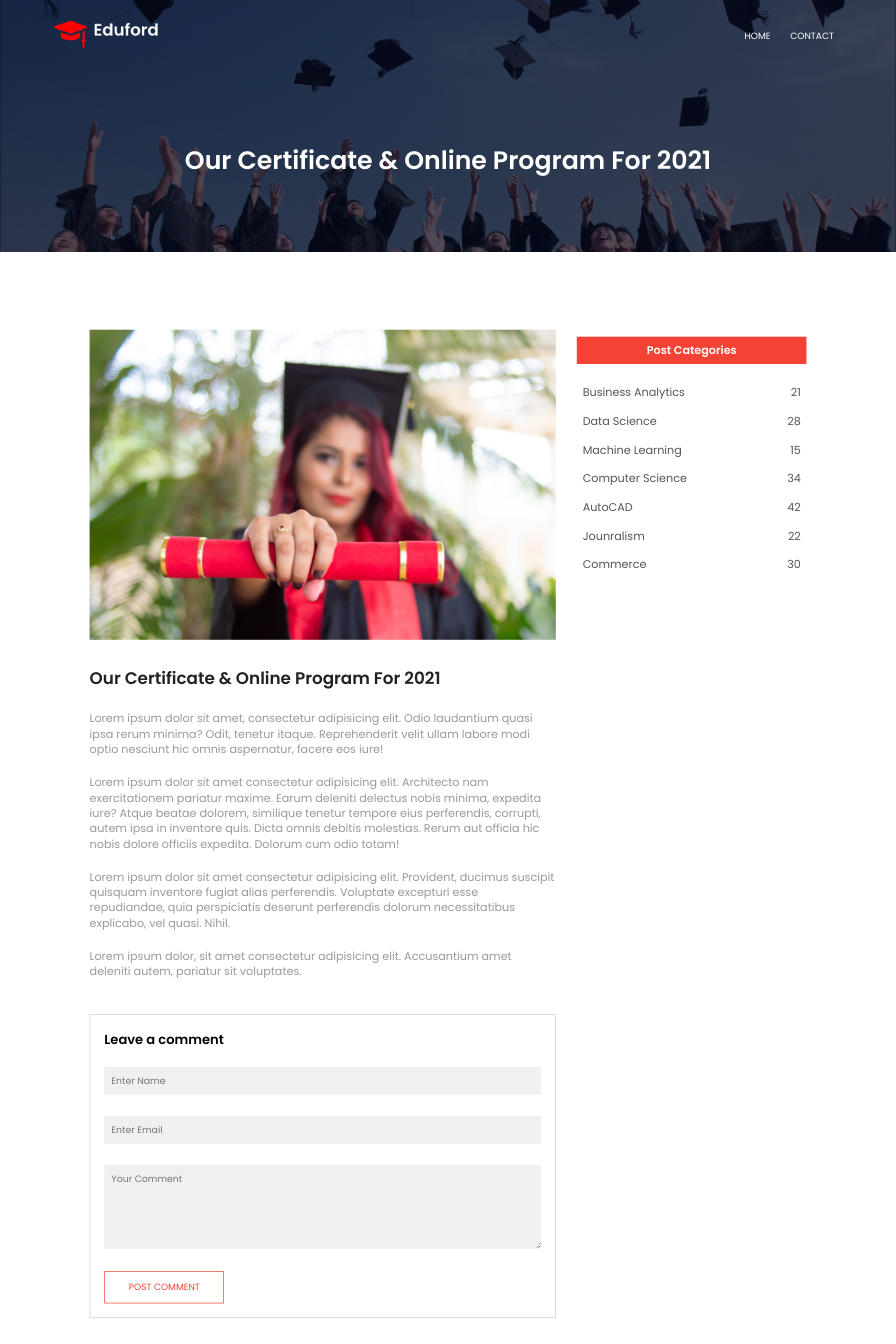
Repository: xoshiraghavx/Gbu-faculty
Page: 6th trail.html
An editor plug-in stored every save of this project. The page is shown before and after the next save, followed by the edit.
The browser window is 1280 px wide. The pictures show the part of the page from y = 0 to 1920 px (the page is 2857 px tall), at 70% of full size.

Above is the page before, as saved 2023-08-12 01:30:56.

### 6th trail.html
<!DOCTYPE html>
<html lang="en">
<head>
    <meta charset="UTF-8">
    <meta http-equiv="X-UA-Compatible" content="IE=edge">
    <meta name="viewport" content="width=device-width, initial-scale=1.0">
    <title>kya hoga mera</title>
    <link rel="stylesheet" href="../css/6th trial.css">
    <link rel="preconnect" href="https://fonts.googleapis.com">
<link rel="preconnect" href="https://fonts.gstatic.com" crossorigin>
<link href="https://fonts.googleapis.com/css2?family=Poppins:wght@100;200;300;400;600;700&family=Righteous&display=swap" rel="stylesheet">
<link rel="stylesheet" href="https://stackpath.bootstrapcdn.com/font-awesome/4.7.0/css/font-awesome.min.css">
</head>
<body>
    <section class="sub-header">
        <nav>
            <a href="6th trail.html"><img src="../img/eduford.png" alt=""></a>
            <div class="nav-links" id="navLinks">
                <i class="fa fa-times" onclick="hideMenu()"></i>
                <ul>
                    <li><a href="6th trail.html">HOME</a></li>
                    <li><a href="6th-5 trial.html">CONTACT</a></li>
                </ul>
            </div>
            <i class="fa fa-bars" onclick="showMenu()"></i>
        </nav>
        <h1>Our Certificate & Online Program For 2021</h1>
    </section>

    <!-- --------Blong content---------- -->
    <section class="blog-content">
        <div class="row">
            <div class="blog-left">
                <img src="../img/certificate.jpg" alt="">
                <h2>Our Certificate & Online Program For 2021</h2>
                <p>Lorem ipsum dolor sit amet, consectetur adipisicing elit. Odio laudantium quasi ipsa rerum minima? Odit, tenetur itaque. Reprehenderit velit ullam labore modi optio nesciunt hic omnis aspernatur, facere eos iure!</p>
                <br>
                <p>Lorem ipsum dolor sit amet consectetur adipisicing elit. Architecto nam exercitationem pariatur maxime. Earum deleniti delectus nobis minima, expedita iure? Atque beatae dolorem, similique tenetur tempore eius perferendis, corrupti, autem ipsa in inventore quis. Dicta omnis debitis molestias. Rerum aut officia hic nobis dolore officiis expedita. Dolorum cum odio totam!</p>
                <br>
                <p>Lorem ipsum dolor sit amet consectetur adipisicing elit. Provident, ducimus suscipit quisquam inventore fugiat alias perferendis. Voluptate excepturi esse repudiandae, quia perspiciatis deserunt perferendis dolorum necessitatibus explicabo, vel quasi. Nihil.</p>
                <br>
                <p>Lorem ipsum dolor, sit amet consectetur adipisicing elit. Accusantium amet deleniti autem, pariatur sit voluptates.</p>
                <div class="comment-box">
                    <h3>Leave a comment</h3>
                    <form class="comment-form">
                        <input type="text" placeholder="Enter Name">
                        <input type="email" placeholder="Enter Email">
                        <textarea rows="5" placeholder="Your Comment"></textarea>
                        <button type="submit" class="hero-btn red-btn">POST COMMENT</button>
                    </form>
                </div>
            </div>
            <div class="blog-right">
                <h3>Post Categories</h3>
                <div>
                    <span>Business Analytics</span>
                    <span>21</span>
                </div>
                <div>
                  <span>Data Science</span>
                  <span>28</span>
                </div>
                <div>
                  <span>Machine Learning</span>
                  <span>15</span>
                </div>
                <div>
                  <span>Computer Science</span>
                  <span>34</span>
                </div>
                <div>
                  <span> AutoCAD</span>
                  <span>42</span>
                </div>
                <div>
                  <span> Jounralism</span>
                  <span>22</span>
                </div>
                <div>
                  <span>Commerce</span>
                  <span>30</span>
                </div>
             </div>
        </div>
    </section>

    <!-- -------about us content---------->
    <section class="about-us">
        <div class="row">
            <div class="about-col">
                <h1>We are the world's largest university</h1>
                <p>Lorem ipsum dolor sit amet consectetur adipisicing elit. Voluptates unde necessitatibus consectetur aut, quisquam at, dolorem, deleniti deserunt a error officia? Quas, quos. Nemo assumenda fugiat dolore ad illo soluta.</p>
                <a href="" class="hero-btn red-btn">EXPLORE NOW</a>
            </div>
            <div class="about-col">
                <img src="../img/aboutuniversity.jpg" alt="">
            </div>
        </div>



    </section>

<!-- --------footer--------- -->
<section class="footer">
    <h4>About Us</h4>
    <p>Lorem ipsum dolor sit amet, consectetur adipisicing elit. Iste repellendus accusantium nostrum ea quisquam, cum tenetur obcaecati rerum, enim <br> neque minima soluta. Sunt explicabo praesentium aperiam voluptas inventore, in laborum.</p>
    <div class="icons">
        <i class="fa fa-facebook" aria-hidden="true"></i>
        <i class="fa fa-twitter" aria-hidden="true"></i>
        <i class="fa fa-instagram" aria-hidden="true"></i>
        <i class="fa fa-youtube" aria-hidden="true"></i>
    </div>
    <p>Made with <i class="fa fa-heart" aria-hidden="true"></i> by oshi Raghav</p>






</section>





<!-- ---------------javascript for toggle menu ----------------->
    <script>
        var navLinks = document.getElementById("navLinks");
        function showMenu(){
            navLinks.style.right = "0";
        }

        function hideMenu(){
            navLinks.style.right = "-200px";
        }

    </script>
</body>
</html>

### css/6th trial.css
*{
    margin: 0;
    padding: 0;
    font-family: 'poppins', sans-serif;
}
.header{
    min-height: 100vh;
    width: 100%;
    background: linear-gradient(rgba(4,9,30,0.7),rgba(4,9,30,0.7)),url(../img/university.png);
background-repeat: no-repeat;
    background-position: bottom;
    background-size: cover;
    position: relative;
}
nav{
    display: flex;
    padding: 2% 6%;
    justify-content: space-between;
    align-items: center;
}
nav img{
    width: 150px;
}
.nav-links{
    flex: 1;
    text-align: right;
}
.nav-links ul li{
    list-style: none;
    display: inline-block;
    padding: 8px 12px;
    position: relative;
}
.nav-links ul li a{
    color: #fff;
    text-decoration: none;
    font-size: 13px;
}
.nav-links ul li::after{
    content: '';
    width: 0%;
    height: 2px;
    background: #f44336;
    display: block;
    margin: auto;
    transition: 0.5s;
}
.nav-links ul li:hover::after{
    width: 100%;
}
.text-box{
    width: 90%;
    color: #fff;
    position: absolute;
    top: 50%;
    left: 50%;
    transform: translate(-50%,-50%);
    text-align: center;
}
.text-box h1{
    font-size: 62px;
}
.text-box p{
    margin: 10px 0 40px;
    font-size: 14px;
    color: #fff;
}
.hero-btn{
    display: inline-block;
    text-decoration: none;
    color: #fff;
    border: 1px solid #fff;
    padding: 12px 34px;
    font-size: 13px;
    background: transparent;
    position: relative;
    cursor: pointer;
}
.hero-btn{
    display: inline-block;
    text-decoration: none;
    color: #fff;
    border: 1px solid #fff;
    padding: 12px 34px;
    font-size: 13px;
    background: transparent;
    position: relative;
    cursor: pointer;
}
.hero-btn:hover{
    border: 1px solid #f44336;
    background: #f44336;
    transition: 1s;
}
nav .fa{
    display: none;
}
@media(max-width: 700px){
    .text-box h1{
        font-size: 20px;
    }
    .nav-links ul li{
        display: block;
    }
    .nav-links{
        position: fixed;
        background: #f44336;
        height: 100vh;
        width: 200px;
        top: 0;
        right: -200px;
        text-align: left;
        z-index: 2;
        transition: 1s;
    }
    nav .fa{
        display: block;
        color: #fff;
        margin: 10px;
        font-size: 22px;
        cursor: pointer;
    }
    .nav-links ul{
        padding: 30px;
    }
}
/* -------- course----- */
.course{
    width: 80%;
    margin: auto;
    text-align: center;
    padding-top: 80px;
}
h1{
    font-size: 36px;
    font-weight: 600;
}
p{
    color: #777;
    font-size: 300;
    line-height: 22px;
    padding: 10px;
}
.row{
    margin-top: 5%;
    display: flex;
    justify-content: space-between;
}
.course-col{
    flex-basis: 31%;
    background: #fff3f3;
    border-radius: 10px;
    margin-bottom: 5%;
    padding: 20px 12px;
    box-sizing: border-box;
    transition: 0.5s;
}
h3{
    text-align: center;
    font-weight: 600;
    margin: 10px 0px;
}
.course-col:hover{
    box-shadow: rgba(241, 128, 128, 0.25) 0px 54px 55px, rgba(233, 177, 177, 0.12) 0px -12px 30px, rgba(238, 209, 209, 0.12) 0px 4px 6px, rgba(230, 100, 100, 0.17) 0px 12px 13px, rgba(250, 27, 27, 0.09) 0px -3px 5px;
}
@media(max-width: 700px){
    .row{
        flex-direction: column;
    }

}
/* -------- campus------ */
.campus{
    width: 80%;
    margin: auto;
    text-align: center;
    padding-top: 50px;
}
.campus-col{
    flex-basis: 32%;
    border-radius: 10px;
    margin-bottom: 30px;
    position: relative;
    overflow: hidden;
}
.campus-col img{
    width: 100%;
    display: block;
}
.layer{
    background: transparent;
    height: 100%;
    width: 100%;
    position: absolute;
    top: 0;
    left: 0;
    transition: 0.5s;
}
.layer:hover{
    background: rgb(226, 0, 0,0.7);
}
.layer h3{
    width: 100%;
    font-weight: 500;
    color: #fff;
    font-size: 26px;
    bottom: 0;
    left: 50%;
    transform: translateX(-50%);
    position: absolute;
    opacity: 0;
    transition: 0.5s;
}
.layer:hover h3{
    bottom: 49%;
    opacity: 1;
}
/* ---------facilities-------- */
.facilities{
    width: 80%;
    margin: auto;
    text-align: center;
    padding-top: 50px;
}
.facilities-col{
    flex-basis: 31%;
    border-radius: 10px;
    text-align: left;
    margin-bottom: 5%;
}
.facilities-col img{
    width: 100%;
    border-radius: 10px;
}
.facilities-col p{
    padding: 0;
}
.facilities-col h3{
    margin-top: 16px;
    margin-bottom: 15px;
    text-align: left;
}
/* ------- testimonials------- */
.testimonials{
    width: 80%;
    padding-top: 50px;
    text-align: center;
    margin: auto;
}
.testimonial-col{
    flex-basis: 40%;
    border-radius: 10px;
    margin-bottom: 5%;
    text-align: left;
    background: #fff3f3;
    padding: 25px;
    cursor: pointer;

}
.testimonial-col img{
    height: 40px;
    margin-left: 5px;
    margin-right: 30px;
    border-radius: 50%;
}
.testimonial-col p{
    padding: 0;
}
.testimonial-col h3{
    margin-top: 15px;
    text-align: left;
}
.testimonial-col .fa{
    color: #f44336;
}
@media(max-width: 700px){
    .testimonial-col img{
        margin-left: 0px;
        margin-right: 15px;
    }
}

/* -------call to action------- */
.cta{
    margin: 100px auto;
    width: 80%;
    background: linear-gradient(rgba(0,0,0,0.7), rgba(0,0,0,0.7)),url(../img/banner2.jpg);
    background-position: center;
    background-size: cover;
    border-radius: 10px;
    text-align: center;
    padding: 100px 0;
}
.cta h1{
    color: #fff ;
    margin-bottom: 40px;
    padding: 0;
}

@media(max-width: 700px){
    .cta h1{
        font-size: 24px;
    }
}

/* ---------footer----------- */
.footer{
    width: 100%;
    text-align: center;
    padding: 30px 0;
}
.footer h4{
    margin-bottom: 25px;
    margin-top: 20px;
    font-weight: 600;
}
.icons .fa{
    color: #f44336;
    margin: 0 13px;
    cursor: pointer;
    padding: 18px 0;
}
.fa-heart-o{
    color: #f44336;
}

/* -------about us page------- */
.sub-header{
    height: 50vh;
    width: 100%;
    background-image: linear-gradient(rgba(4,9,30,0.7),rgba(4,9,30,0.7)),url(../img/scholors.jpg);
    background-position: center;
    background-size: cover;
    text-align: center;
    color: #fff;
}
.sub-header h1{
    margin-top: 100px;
}
.about-us{
    width: 80%;
    margin: auto;
    padding-top: 80px;
    padding-bottom: 50px;
}
.about-col{
    flex-basis: 48%;
    padding: 30px 2px;
}
.about-col img{
    width: 100%;
}
.about-col h1{
    padding-top: 0;
}
.about-col p{
    padding: 15px 0 25px;
}
.red-btn{
    border: 1px solid #f44336;
    background: transparent;
    color: #f44336;
}
.red-btn:hover{
    color: #fff;
}

/* -------blog-content---------- */
.blog-content{
    width: 80%;
    margin: auto;
    padding: 60px 0;
}
.blog-left{
    flex-basis: 65%;
}
.blog-left img{
    width: 100%;
}
.blog-left h2{
    color: #222;
    font-weight: 600;
    margin: 30px 0;
}
.blog-left p{
    color: #999;
    padding: 0;
}
.blog-right{
    flex-basis: 32%;
}
.blog-right h3{
    background: #f44336;
    color: #fff;
    padding: 7px 0;
    font-size: 16px;
    margin-bottom: 20px;
}
.blog-right div{
    display: flex;
    align-items: center;
    justify-content: space-between;
    color: #555 ;
    padding: 8px;
    box-sizing: border-box;
}
.comment-box{
    border: 1px solid #ccc;
    margin: 50px 0;
    padding: 10px 20px;
}
.comment-box h3{
    text-align: left;
}
.comment-form input, .comment-form textarea{
    width: 100%;
    padding: 10px;
    margin: 15px 0;
    box-sizing: border-box;
    border: none;
    outline: none;
    color: #222;
    background: #f0f0f0;
}
.comment-form button{
    margin: 10px 0;
}
@media(max-width:700px){
    .sub-header h1{
        font-size: 24px;
    }
}
/* ----contact us----- */
.location{
    width: 80%;
    margin: auto;
    padding: 80px 0;
}
.location iframe{
    width: 100%;

}
.contact-us{
    width: 80%;
    margin: auto;
}
.contact-col{
    flex-basis: 48%;
    margin-bottom: 30px;
}
.contact-col div{
    display: flex;
    align-items: center;
    margin-bottom: 40px;
}
.contact-col div .fa{
    font-size: 28px;
    color: #f44336;
    margin: 10px;
    margin-right: 30px;
}
.contact-col div p{
    padding: 0;
}
.contact-col div h5{
    font-size: 20px;
    margin-bottom: 5px;
    color: #555;
    font-weight: 400;
}
.contact-col input, .contact-col textarea{
    width: 100%;
    padding: 15px;
    margin-bottom: 17px;
    outline: none;
    border: 1px solid #ccc;
    box-sizing:border-box ;
}

After the next save:
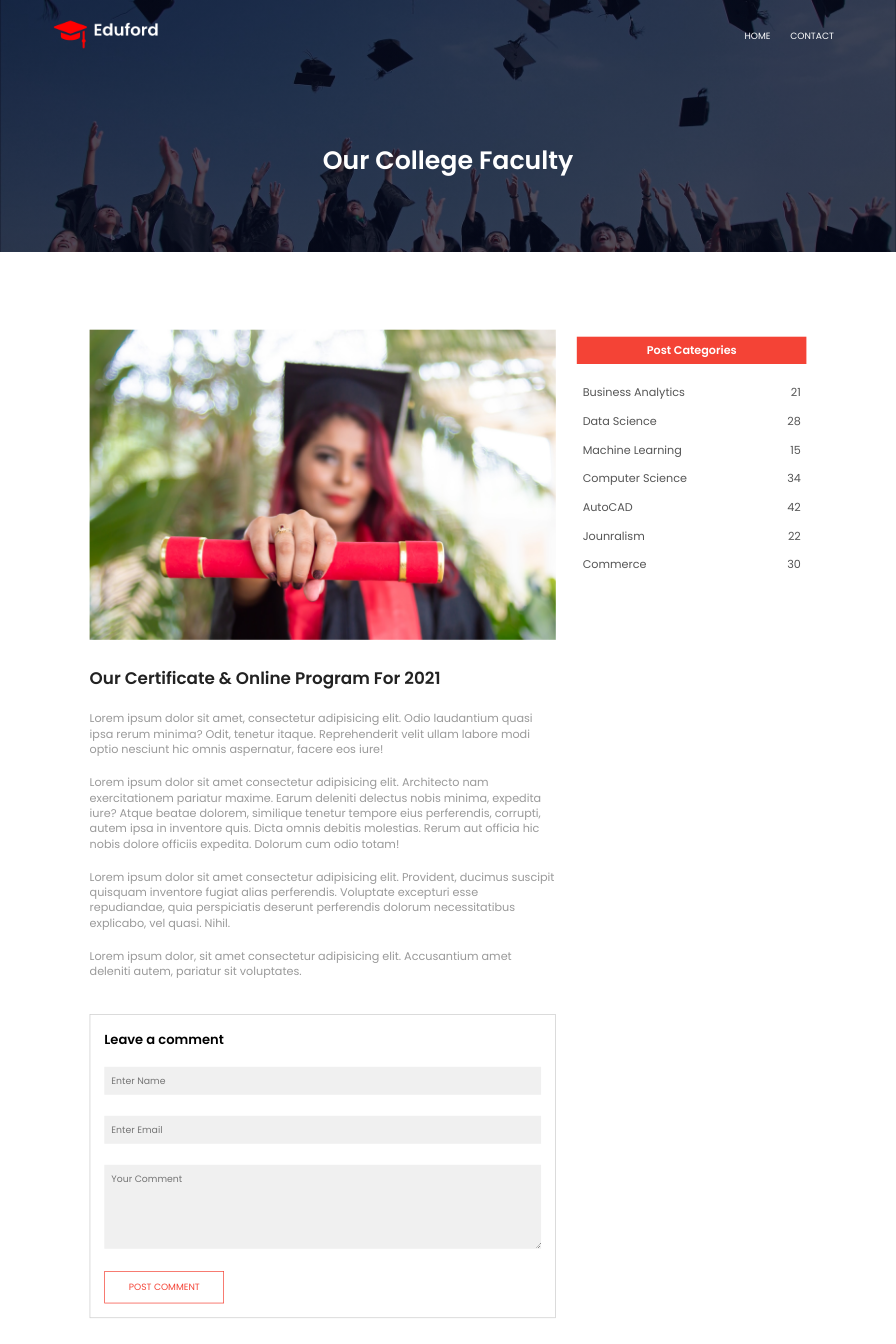
Saved 96 s later.
--- a/6th trail.html
+++ b/6th trail.html
@@ -24,7 +24,7 @@
             </div>
             <i class="fa fa-bars" onclick="showMenu()"></i>
         </nav>
-        <h1>Our Certificate & Online Program For 2021</h1>
+        <h1>Our College Faculty</h1>
     </section>
 
     <!-- --------Blong content---------- -->
